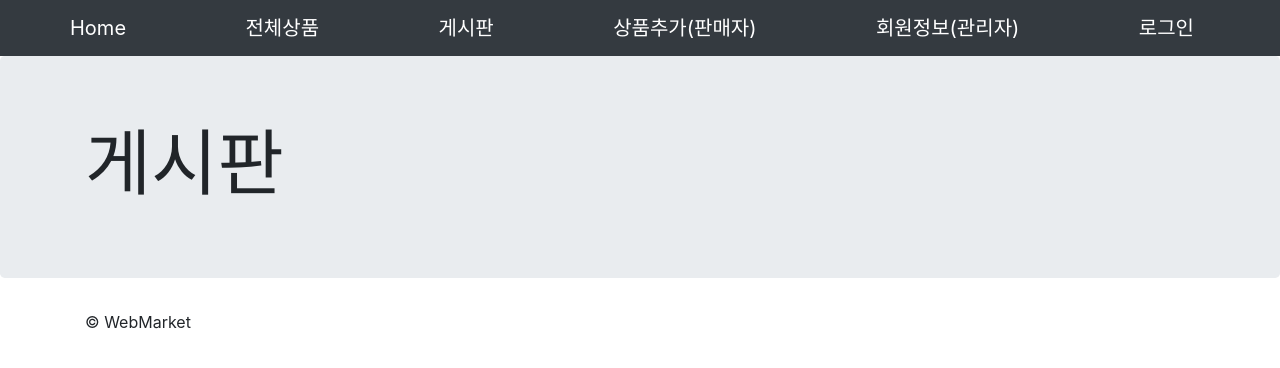
Repository: davisbyun/ai
Page: http://localhost/WebMarket/board/boardDetail.jsp
The author's editor kept a copy of each file at every save. The page is drawn from the files as they stood at one save, then again after the next save.
The browser window is 1280 px wide. The pictures show the whole page.
The page is served by Tomcat 9. Other server files are loaded and not shown.

Above is the page before, as saved 2024-01-30 00:45:38.

### WebMarket/src/main/webapp/board/boardDetail.jsp
<%@ page language="java" contentType="text/html; charset=UTF-8"
    pageEncoding="UTF-8"%>
<!DOCTYPE html>
<html>
<body>
<head>
<meta charset="UTF-8">
<title>boardList.jsp 게시글 리스트 </title>
<link rel="stylesheet" href="./css/bootstrap.min.css" />

</head>
<body>
  <jsp:include page="../menu.jsp"></jsp:include>
  <div class="jumbotron">
    <div class="container">
        <h1 class="display-3"> 게시판 </h1>
    </div>
  </div>


  <jsp:include page="../footer.jsp"/>

  </body>
  </html>

### WebMarket/src/main/webapp/menu.jsp
<%@ page language="java" contentType="text/html; charset=UTF-8"
    pageEncoding="UTF-8"%>
<!DOCTYPE html>
<html>
<head>
<meta charset="UTF-8">
<title>Insert title here</title>
<link rel="stylesheet" href="https://cdn.jsdelivr.net/npm/bootstrap@4.0.0/dist/css/bootstrap.min.css" integrity="sha384-Gn5384xqQ1aoWXA+058RXPxPg6fy4IWvTNh0E263XmFcJlSAwiGgFAW/dAiS6JXm" crossorigin="anonymous">
</head>
<body>
	 <nav class="navbar navbar-expand navbar-dark bg-dark">
    <div class="container">
        <div class="navbar-header">
            <a class="navbar-brand" href="/WebMarket/welcome.jsp">Home</a>
        </div>
        <div class="navbar-header">
            <a class="navbar-brand" href="/WebMarket/products.jsp">전체상품</a>
        </div>
        <div class="navbar-header">
            <a class="navbar-brand" href="/WebMarket/board/boards.jsp">게시판</a>
        </div>
        <div class="navbar-header">
            <a class="navbar-brand" href="/WebMarket/addProduct.jsp">상품추가(판매자)</a>
        </div>
        <div class="navbar-header">
             <a class="navbar-brand" href="/WebMarket/member/memberInfo.jsp">회원정보(관리자)</a>
         </div>
         <%
            //세션 가져오기
            String name = (String)session.getAttribute("name");
         	String id = (String )session.getAttribute("id");
         	String loginOk = "로그인";
         	if( name != null ) {
         		loginOk = name + "님 ";
         %>
         <div class="navbar-header">
         	<div class="text-white"> <h5><%=loginOk %> </h5>&nbsp;&nbsp;
             <a class="navbar-brand" href="/WebMarket/member/logOut.jsp"> 로그아웃 </a>
         </div>
         </div>

         <%

         	}else {
         		loginOk = "로그인";
         %>
         <div class="navbar-header">
             <a class="navbar-brand" href="/WebMarket/member/login.jsp"><%= loginOk %></a>
         </div>
         <%
         	}
         %>

     </div>
   </nav>
</body>
</html>

### WebMarket/src/main/webapp/footer.jsp
<%@ page language="java" contentType="text/html; charset=UTF-8"
    pageEncoding="UTF-8"%>
<!DOCTYPE html>
<html>
<head>
<meta charset="UTF-8">
<title>Insert title here</title>
 <link rel="stylesheet" href="https://cdn.jsdelivr.net/npm/bootstrap@4.0.0/dist/css/bootstrap.min.css" integrity="sha384-Gn5384xqQ1aoWXA+058RXPxPg6fy4IWvTNh0E263XmFcJlSAwiGgFAW/dAiS6JXm" crossorigin="anonymous">
</head>
<body>
     <footer class="container">
	    <p>&copy; WebMarket</p>
	 </footer>
</body>
</html>

Loaded but not shown: WebMarket/src/main/webapp/css/bootstrap.min.css (library)

After the next save:
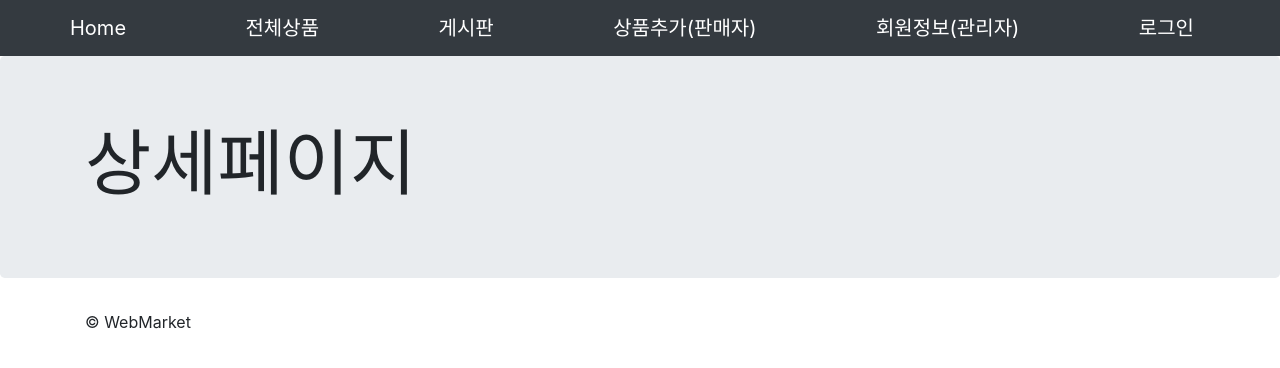
Saved 104 s later.
--- a/WebMarket/src/main/webapp/board/boardDetail.jsp
+++ b/WebMarket/src/main/webapp/board/boardDetail.jsp
@@ -5,7 +5,7 @@
 <body>
 <head>
 <meta charset="UTF-8">
-<title>boardList.jsp 게시글 리스트 </title>
+<title>boardDetail.jsp 게시글 상세페이지 </title>
 <link rel="stylesheet" href="./css/bootstrap.min.css" />
 
 </head>
@@ -13,7 +13,7 @@
   <jsp:include page="../menu.jsp"></jsp:include>
   <div class="jumbotron">
     <div class="container">
-        <h1 class="display-3"> 게시판 </h1>
+        <h1 class="display-3"> 상세페이지 </h1>
     </div>
   </div>
 
